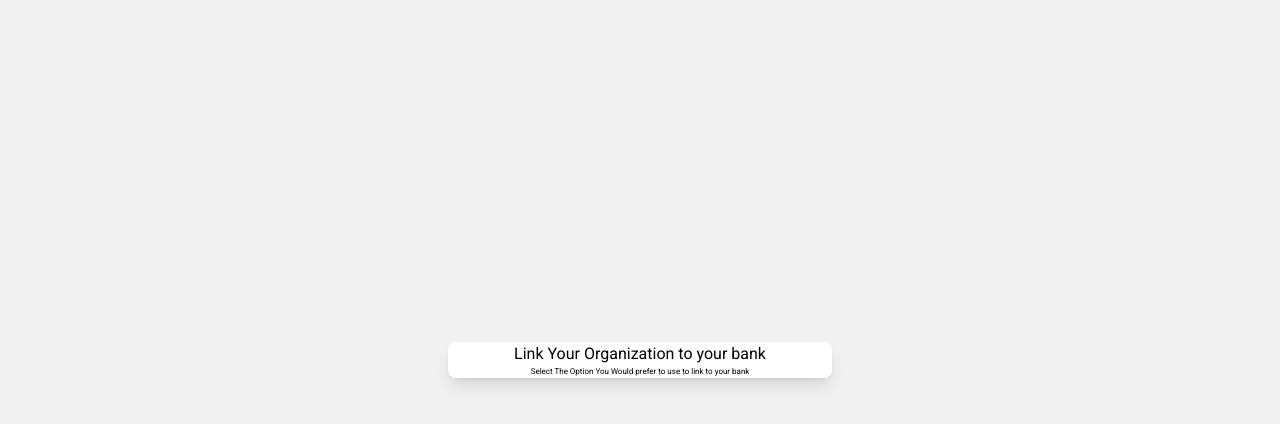
Repository: Nathan-spec/link_to_org
Page: /
The author's editor kept a copy of each file at every save. The page is drawn from the files as they stood at one save, then again after a run of saves.
The browser window is 1280 px wide. The pictures show the whole page.
The project was rebuilt for these pictures with package versions that can differ from the ones it lists, and the page was loaded fresh each time. The framework's server and built-in components were replaced by stand-ins that run in the browser. Also part of the build but not shown: next.config.ts.

Above is the page before, as saved 2024-10-25 13:14:09.

### app/page.tsx
import Image from "next/image";
import { Roboto } from 'next/font/google'

const roboto = Roboto({
  subsets: ['latin'],
  weight: '400',
})
export default function Home() {
  return (
    // Background div
    <div
    className={`w-full h-screen flex items-center justify-center ${roboto.className}`}
    style={{ backgroundColor: '#f0f0f0'}}
    >
      <div className={`w-96  bg-white rounded-lg shadow-lg`}>
      {/* Inner card component */}
      <h1 style={{fontSize: '16px', color: 'black', textAlign: 'center', }}>
        Link Your Organization to your bank
      </h1>
      <h2 style={{fontSize: '8px', color: 'black', textAlign: 'center', }}>
         Select The Option You Would prefer to use to link to your bank
      </h2>
      </div>
    </div>
  );
}

Loaded but not shown: app/layout.tsx (common file); app/globals.css (common file); tailwind.config.ts (common file)

After the next 3 saves:
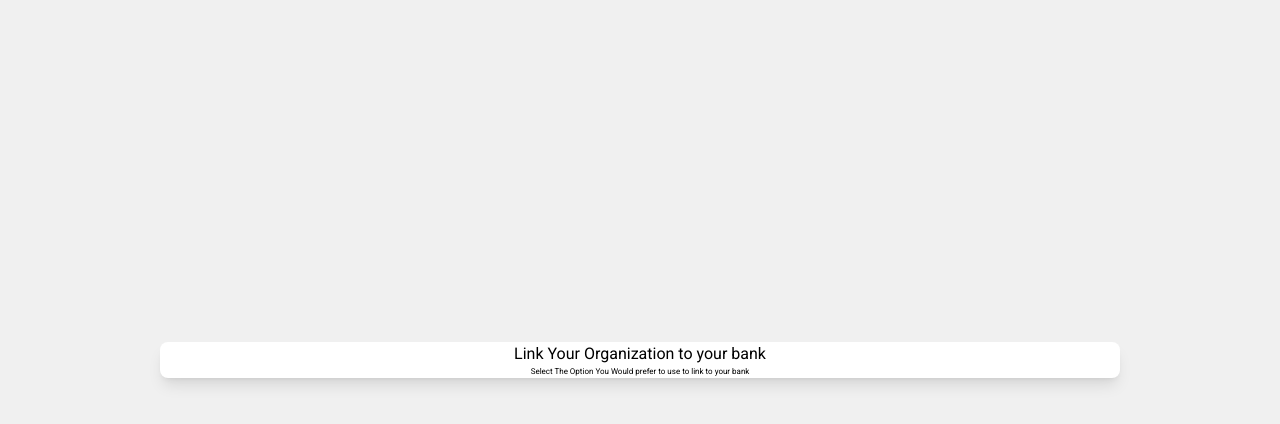
The 3 saves are shown as one change because they came seconds apart.
The last was saved 2 min 24 s later.
--- a/app/page.tsx
+++ b/app/page.tsx
@@ -12,7 +12,7 @@ export default function Home() {
     className={`w-full h-screen flex items-center justify-center ${roboto.className}`}
     style={{ backgroundColor: '#f0f0f0'}}
     >
-      <div className={`w-96  bg-white rounded-lg shadow-lg`}>
+      <div className={`w-3/4  md:w bg-white rounded-lg shadow-lg`}>
       {/* Inner card component */}
       <h1 style={{fontSize: '16px', color: 'black', textAlign: 'center', }}>
         Link Your Organization to your bank
